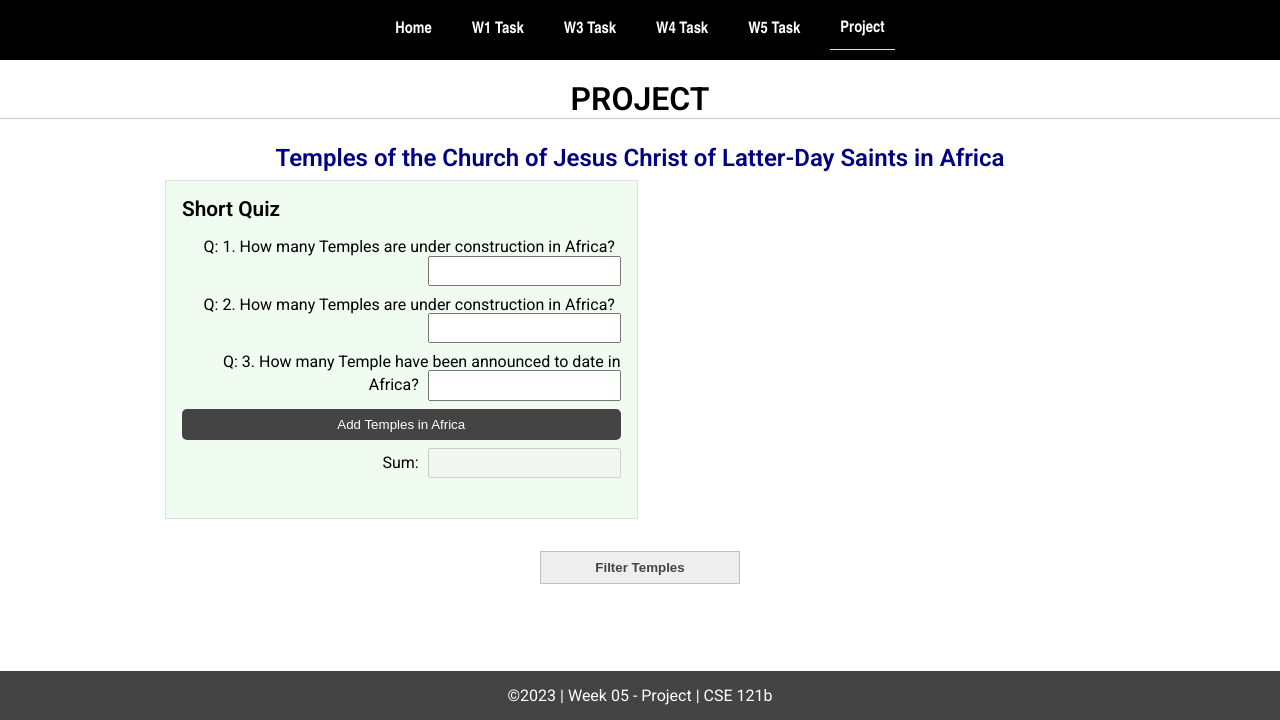
Repository: mszakutumela/cse121b
Page: Project/project.html
The author's editor kept a copy of each file at every save. The page is drawn from the files as they stood at one save, then again after the next save.
The browser window is 1280 px wide. The pictures show the whole page.

Above is the page before, as saved 2023-10-24 15:06:58.

### Project/project.html
<!DOCTYPE html>
<html lang="en">

<head>
  <meta charset="UTF-8">
  <meta name="viewport" content="width=device-width, initial-scale=1.0">
  <title>CSE 121b | Project</title>
  <link rel="preconnect" href="https://fonts.googleapis.com">
  <link rel="preconnect" href="https://fonts.gstatic.com" crossorigin>
  <link href="https://fonts.googleapis.com/css2?family=Roboto:wght@400;600&display=swap"
    rel="stylesheet">
  <link rel="stylesheet" href="styles/main.css">
</head>

<body>
  <nav>
    <ul id="menu">
      <li><a id="toggleMenu">&equiv;</a></li>
      <li><a href="index.html">Home</a></li>
      <li><a href="w01-task.html">W1 Task</a></li>
      <li><a href="w03-task.html">W3 Task</a></li>
      <li><a href="w04-task.html">W4 Task</a></li>
      <li><a href="w05-task.html">W5 Task</a></li>
      <li><a href="project.html" class="active">Project</a></li>
    </ul>
  </nav>
  <main id="gridly">
    <h1>PROJECT</h1>
    <h2>Temples of the Church of Jesus Christ of Latter-Day Saints in Africa</h2>

    <main id="task3">
      <section id="section1">
          <article>
              <h3>Short Quiz</h3>
              <div>
                  <label for="add1">Q: 1. How many Temples are under construction in Africa?</label>
                  <input type="text" id="add1" name="add1">
              </div>
              <div>
                  <label for="add2">Q: 2. How many Temples are under construction in Africa?</label>
                  <input type="text" id="add2" name="add2">
              </div>
              <div>
                <label for="add2">Q: 3. How many Temple have been announced to date in Africa?</label>
                <input type="text" id="add2" name="add2">
            </div>
              <div>
                  <input type="button" id="addTemples" value="Add Temples in Africa">
              </div>
              <div>
                  <label for="Total">Sum:</label>
                  <input type="text" id="sum" name="sum" disabled>
              </div>
          </article>
    </main>

    <select id="sortBy" title="Choose a data filter.">
      <option value="" disabled selected>Filter Temples</option>
      <option value="operate">Operational</option>
      <option value="Construct">Under Construction</option>
      <option value="Named">Announced</option>
      <option value="all">All Temples in Africa</option>
    </select>

    <div id="temples">
    </div>
  </main>


  <footer>
    &copy;<span id="year"></span> | Week 05 - Project | CSE 121b
  </footer>
  <script src="scripts/main.js"></script>
  <script>
    document.getElementById("year").innerHTML = new Date().getFullYear();
  </script>
  <script src="project/scripts/project.js"></script>
</body>

</html>

### Project/styles/main.css
/* Universal Selector */
* {
    margin: 0;
    padding: 0;
    box-sizing: border-box;
}

/* HTML Selectors */
body {
    font-family: 'Roboto', Helvetica, sans-serif;
}

nav {
    background-color: black;
    width: 100%;
    position: fixed;
    top: 0;
}

nav ul {
    display: flex;
    flex-direction: column;
    align-items: center;
    max-width: -moz-fit-content;
    max-width: fit-content;
    margin: 0 auto;
}

nav ul li {
    flex: 1 1 auto;
}

nav ul li:first-child {
    display: block;
    font-size: 2rem;
}

nav ul li:first-child a {
    padding: 1px 10px;
}

nav ul li {
    display: none;
    list-style: none;
    margin: 10px;
}

nav ul li a {
    display: block;
    padding: 10px;
    text-decoration: none;
    font-weight: 600;
    color: white;
    text-align: center;
    font-family: 'Arial Narrow', Arial, sans-serif;
}

nav ul li a:hover {
    background-color: #efefef;
    color: black;
}

h1,
h2 {
    text-align: center;
    margin: 1rem 0 .5rem;
}

h1 {
    border-bottom: 1px solid #ccc;
}

#gridly h1 {
    margin-top: 80px;
}

h2 {
    font-size: 1.5rem;
    color: navy;
    text-align: center;
    margin-top: 25px;
}

h3 {
    font-size: 1.3rem;
    margin-bottom: 1rem;
}

header {
    margin-top: 70px;
}

picture {
    margin: 0 auto;
}

picture img {
    width: 240px;
    height: auto;
    border-radius: 5%;
    border: 1px solid #ccc;
    box-shadow: 0 0 30px #777;
}

section {
    display: flex;
    flex-direction: column;
    align-items: center;
    margin: 0 auto 1rem;
    border: 1px solid rgba(0, 0, 0, .1);
    padding: 1rem;
    background-color: #eee;
}

article {
    margin-bottom: 1rem;
}

article div {
    margin-bottom: .5rem;
    text-align: right;
}

label {
    padding: .35rem;
}

input {
    padding: .35rem;
}

input[type="button"] {
    padding: .5rem;
    background-color: #444;
    color: white;
    border: none;
    border-radius: 5px;
    cursor: pointer;
    width: 100%
}

input[type="checkbox"] {
    width: 25px;
    height: 25px;
}

dt {
    font-weight: 700;
}

dt::before {
    content: "🏘️ ";
}

dd {
    margin: 0 0 .5rem 2rem;
    font-size: smaller;
}

footer {
    background-color: #444;
    color: white;
    padding: 15px;
    text-align: center;
    width: 100%;
    position: fixed;
    bottom: 0;
}

/* Class Selectors */
.active {
    border-bottom: 1px solid yellow;
}

.open li {
    display: block;
}

.block {
    display: block;
}

.larger {
    font-size: larger;
    color: red;
}

.right {
    width: 100%;
    text-align: right;
}

.middle {
    display: flex;
    align-items: center;
    justify-content: right;
    gap: 1rem;
}

/* ID Selectors */

#home {
    margin-top: 125px;
    display: grid;
    grid-template-columns: 1fr;
    grid-gap: 20px;
    align-items: center;
    justify-content: center;
}


#section1 {
    background-color: rgb(225, 250, 225, .5);
}

#section2 {
    background-color: rgba(200, 200, 250, 0.5);

}

#section2 div {
    margin-bottom: 1rem;
}

#section3 {
    background-color: rgb(250, 225, 250, .5);
}

#sortBy {
    appearance: none;
    display: flex;
    padding: .5rem;
    background-color: #eee;
    color: #444;
    font-weight: 700;
    margin: 1rem auto;
    width: 200px;
    border: 1px solid rgba(0, 0, 0, .2);
    text-align: center;
}

#sortBy option:disabled {
    font-style: italic;
    padding: 1rem;
    background-color: #111;
    color: #eee;
}

#temples {
    display: grid;
    grid-template-columns: repeat(auto-fit, minmax(320px, 1fr));
    grid-gap: .5rem;
    align-items: center;
    margin-bottom: 3rem;
}

#temples article {
    height: 250px;
    margin: .5rem;
    border: 1px solid rgba(0, 0, 0, .1);
    padding: 1rem;
    background-color: #eee;
    display: flex;
    flex-direction: column;
    align-items: center;
    justify-content: center;
}

#temples h4 {
    color: navy;
    font-size: smaller;
}


#temples img {
    width: 250px;
    height: auto;
    box-shadow: 0 0 30px #777;
    margin: .5rem;
}

/* Media Queries */
@media only screen and (min-width: 32.5em) {
    nav ul {
        flex-direction: row;
    }

    nav ul li:first-child {
        display: none;
    }

    nav ul li {
        display: block;
    }

    section {
        min-width: 300px;
    }

    #home {
        margin: 100px auto 20px;
        grid-template-columns: 250px 1fr;
        max-width: -moz-fit-content;
        max-width: fit-content;
    }

    #task3 {
        display: grid;
        grid-template-columns: 1fr 1fr;
        grid-gap: 5px;
        margin: 0 auto;
        max-width: 950px;
    }

}

### Project/scripts/project.js
/* Project */

Loaded but not shown: Project/scripts/main.js (common file)

After the next save:
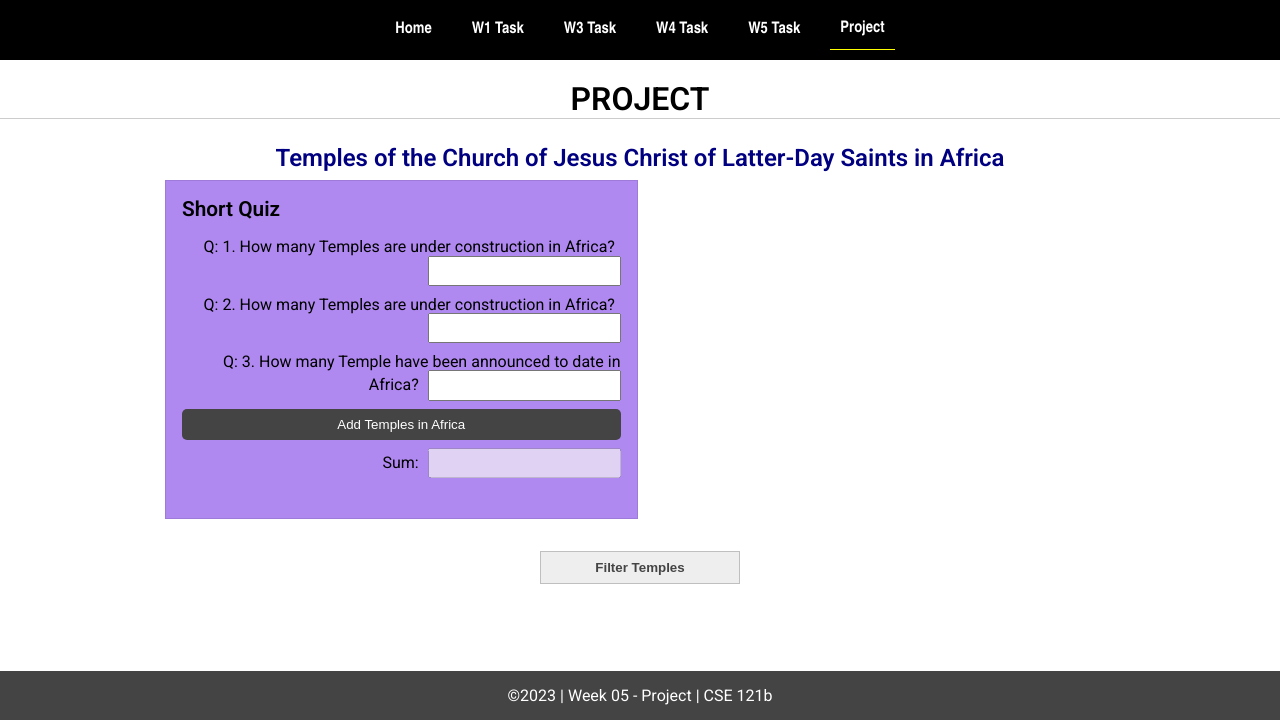
Saved 4 min 31 s later.
--- a/Project/styles/main.css
+++ b/Project/styles/main.css
@@ -210,7 +210,7 @@
 
 
 #section1 {
-    background-color: rgb(225, 250, 225, .5);
+    background-color: rgba(99, 20, 226, 0.5);
 }
 
 #section2 {
